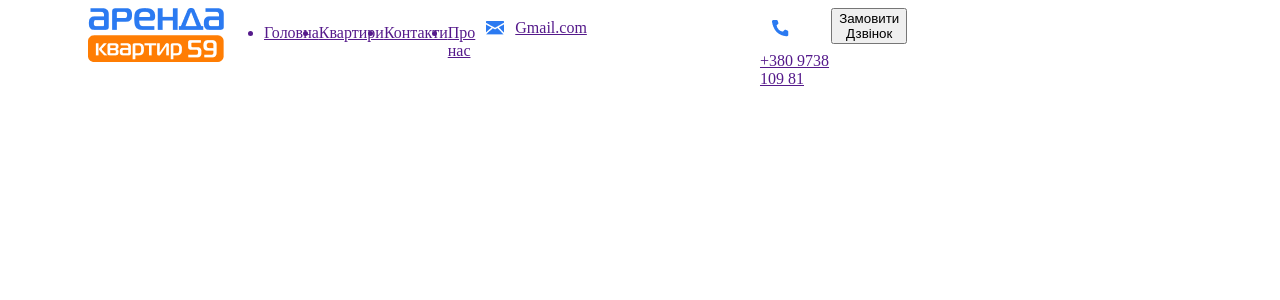
Repository: batonAnton/HW-7-grid
Page: index.html
The author's editor kept a copy of each file at every save. The page is drawn from the files as they stood at one save, then again after the next save.
The browser window is 1280 px wide. The pictures show the whole page.

Above is the page before, as saved 2022-06-22 16:05:17.

### index.html
<!DOCTYPE html>
<html lang="en">
<head>
    <meta charset="UTF-8">
    <meta http-equiv="X-UA-Compatible" content="IE=edge">
    <meta name="viewport" content="width=device-width, initial-scale=1.0">
    <link rel="stylesheet" href="./css/style.css">
    <title>Grid</title>
</head>
<body>
    <header>
        <div class="wrapper allstyles">
            <div class="wrapper-child logo">
                <img src="./images/logo.png" alt="logo">
            </div>
            <div class="wrapper-child">
                <nav>
                    <ul>
                        <a href="">
                            <li>Головна</li>
                        </a>
                        <a href="">
                            <li>Квартири</li>
                        </a>
                        <a href="">
                            <li>Контакти</li>
                        </a>

                        <a href="">
                            <li>Про нас</li>
                        </a>

                    </ul>
                </nav>
            </div>
            <div class="wrapper-child email">

                <div>
                    <img src="./images/email.png" alt="email">
                    <a href=""> Gmail.com</a>
                </div>
            </div>
            <div class="wrapper-child phone">
                <div>
                    <img src="./images/phone.png" alt="phone">
                    <a href="">+380 9738 109 81</a>
                </div>
            </div>
            <div class="wrapper-child btn">
                <button>Замовити Дзвінок </button>
            </div>
            <!-- <div class="wrapper-child"></div>
            <div class="wrapper-child"></div>
            <div class="wrapper-child"></div> -->
        </div>
    </header>
</body>
</html>

### css/style.css
.allstyles {
  margin: 0 80px;
}
.wrapper {
  display: grid;
  grid-template-columns: repeat(12, 1fr);
}

.logo {
  grid-column: 1/2;
}
.email {
  grid-column: 3/7;
}

.wrapper nav ul {
  display: inline-flex;
}

.wrapper .email div {
  display: flex;
  align-items: center;
}

After the next save:
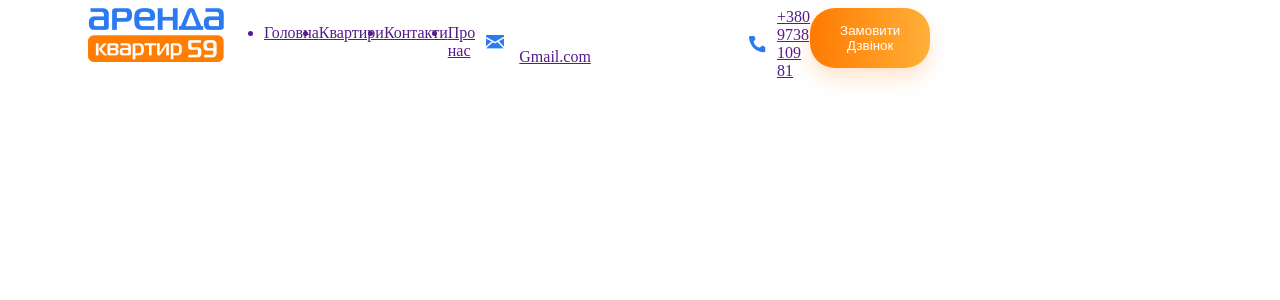
Saved 66 s later.
--- a/css/style.css
+++ b/css/style.css
@@ -17,7 +17,17 @@
   display: inline-flex;
 }
 
-.wrapper .email div {
+.wrapper .email,
+.phone div {
   display: flex;
   align-items: center;
 }
+
+.btn button {
+  padding: 15px 30px;
+  color: #fff;
+  background: linear-gradient(89.77deg, #ff7a00 0.2%, #ffb039 99.82%);
+  box-shadow: 0px 10px 20px rgba(255, 122, 0, 0.2);
+  border-radius: 25px;
+  border: none;
+}
